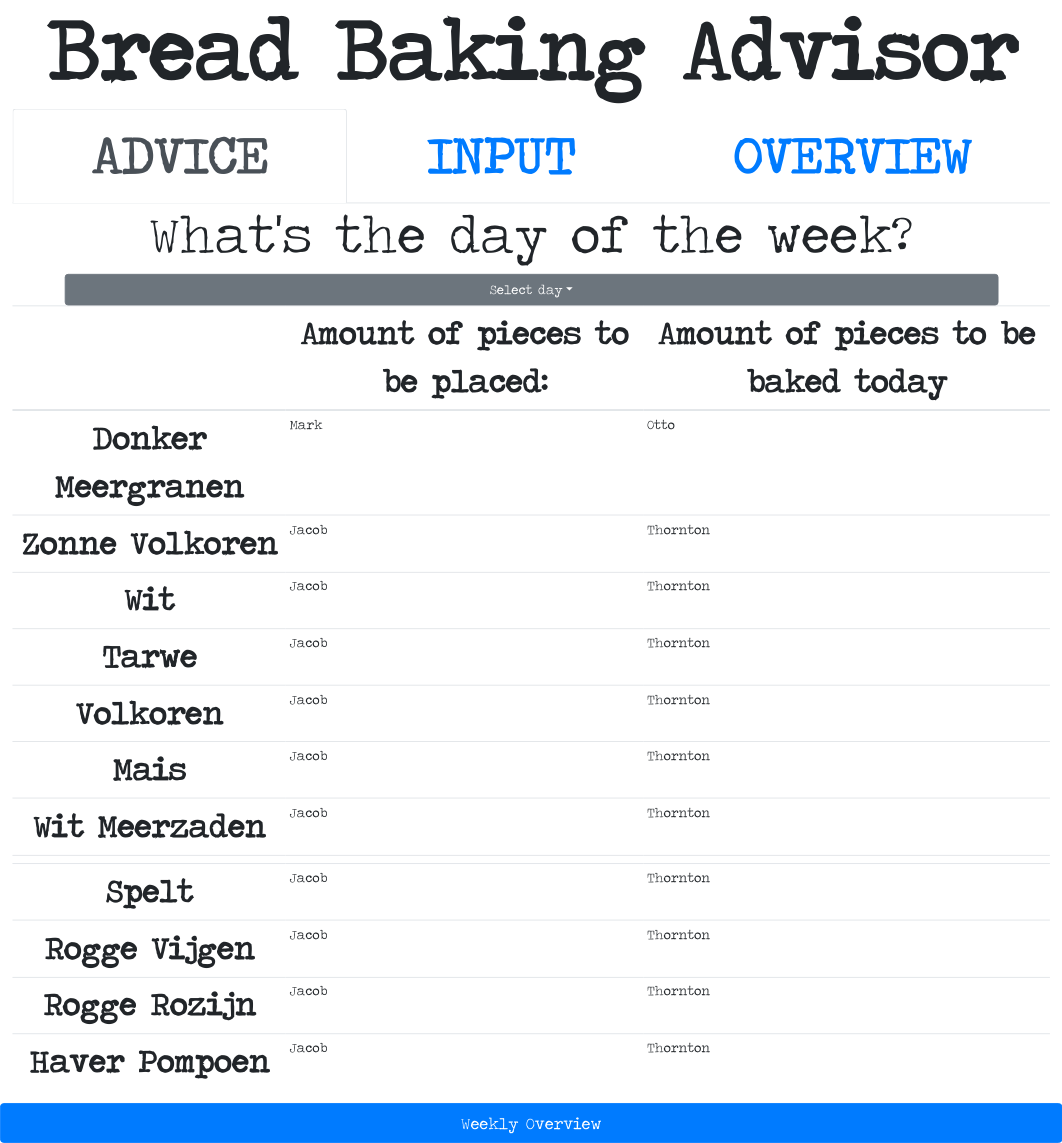
Repository: MarthGimenzo/bread-baking-advisor
Page: index.html
The author's editor kept a record of every edit. The page is drawn from the files as they stood at one moment, then again after the next edit.
The browser window is 1280 px wide. The pictures show the whole page, at 83% of full size.

Above is the page before.

### index.html
<!doctype html>
<html lang="en">

<head>
    <!-- Required meta tags -->
    <meta charset="utf-8">
    <meta name="viewport" content="width=device-width, initial-scale=1, shrink-to-fit=no">

    <!-- Bootstrap CSS -->
    <link rel="stylesheet" href="https://stackpath.bootstrapcdn.com/bootstrap/4.3.1/css/bootstrap.min.css" integrity="sha384-ggOyR0iXCbMQv3Xipma34MD+dH/1fQ784/j6cY/iJTQUOhcWr7x9JvoRxT2MZw1T" crossorigin="anonymous">
    <link rel="stylesheet" href="" type="text/css" />
    <link rel="stylesheet" href="assets/css/stylesheet.css" type="text/css" charset="utf-8" />
    <title>Bread Baking Advisor</title>
</head>

<body>

    <h1>Bread Baking Advisor</h1>
    <div class="container-fluid">
        <ul class="nav nav-tabs nav-fill">
            <li class="nav-item">
                <a class="nav-link active" href="#">ADVICE</a>
            </li>
            <li class="nav-item">
                <a class="nav-link" href="#">INPUT</a>
            </li>
            <li class="nav-item">
                <a class="nav-link" href="#">OVERVIEW</a>
            </li>
        </ul>
    </div>
    <h2>What's the day of the week?</h2>
    <div class="container-fluid">
        <div class="dropdown">
            <button class="btn btn-secondary dropdown-toggle" type="button" id="dropdownMenuButton" data-toggle="dropdown" aria-haspopup="true" aria-expanded="false">Select day</button>
            <div class="dropdown-menu" aria-labelledby="dropdownMenuButton">
                <a class="dropdown-item" href="#">Tuesday</a>
                <a class="dropdown-item" href="#">Wednesday</a>
                <a class="dropdown-item" href="#">Thursday</a>
                <a class="dropdown-item" href="#">Friday</a>
                <a class="dropdown-item" href="#">Saturday</a>
                <a class="dropdown-item" href="#">Sunday</a>
            </div>
        </div>
    </div>
    <div class="container-fluid">
        <table class="table table-sm">
            <thead>
                <tr>
                    <th scope="col"></th>
                    <th scope="col">Amount of pieces to be placed:</th>
                    <th scope="col">Amount of pieces to be baked today</th>

                </tr>
            </thead>
            <tbody>
                <tr>
                    <th scope="row">Donker Meergranen</th>
                    <td>Mark</td>
                    <td>Otto</td>
                </tr>
                <tr>
                    <th scope="row">Zonne Volkoren</th>
                    <td>Jacob</td>
                    <td>Thornton</td>
                </tr>
                <tr>
                    <th scope="row">Wit</th>
                    <td>Jacob</td>
                    <td>Thornton</td>
                </tr>
                <tr>
                    <th scope="row">Tarwe</th>
                    <td>Jacob</td>
                    <td>Thornton</td>
                </tr>
                <tr>
                    <th scope="row">Volkoren</th>
                    <td>Jacob</td>
                    <td>Thornton</td>
                </tr>
                <tr>
                    <th scope="row">Mais</th>
                    <td>Jacob</td>
                    <td>Thornton</td>
                </tr>
                <tr>
                    <th scope="row">Wit Meerzaden</th>
                    <td>Jacob</td>
                    <td>Thornton</td>
                </tr>
                <tr>
                    <th scope="row"></th>
                    <td></td>
                    <td></td>
                </tr>
                <tr>
                    <th scope="row">Spelt</th>
                    <td>Jacob</td>
                    <td>Thornton</td>
                </tr>
                <tr>
                    <th scope="row">Rogge Vijgen</th>
                    <td>Jacob</td>
                    <td>Thornton</td>
                </tr>
                <tr>
                    <th scope="row">Rogge Rozijn</th>
                    <td>Jacob</td>
                    <td>Thornton</td>
                </tr>
                <tr>
                    <th scope="row">Haver Pompoen</th>
                    <td>Jacob</td>
                    <td>Thornton</td>
                </tr>
            </tbody>
        </table>
    </div>
<footer>
    <button type="button" class="btn btn-primary btn-lg btn-block">Weekly Overview</button>
</footer>



    <!-- Optional JavaScript -->
    <!-- jQuery first, then Popper.js, then Bootstrap JS -->
    <script src="https://code.jquery.com/jquery-3.3.1.slim.min.js" integrity="sha384-q8i/X+965DzO0rT7abK41JStQIAqVgRVzpbzo5smXKp4YfRvH+8abtTE1Pi6jizo" crossorigin="anonymous"></script>
    <script src="https://cdnjs.cloudflare.com/ajax/libs/popper.js/1.14.7/umd/popper.min.js" integrity="sha384-UO2eT0CpHqdSJQ6hJty5KVphtPhzWj9WO1clHTMGa3JDZwrnQq4sF86dIHNDz0W1" crossorigin="anonymous"></script>
    <script src="https://stackpath.bootstrapcdn.com/bootstrap/4.3.1/js/bootstrap.min.js" integrity="sha384-JjSmVgyd0p3pXB1rRibZUAYoIIy6OrQ6VrjIEaFf/nJGzIxFDsf4x0xIM+B07jRM" crossorigin="anonymous"></script>
</body>

</html>

### assets/css/stylesheet.css
/*! Generated by Font Squirrel (https://www.fontsquirrel.com) on October 22, 2019 */

@font-face {
    font-family: 'traveling__typewriterregular';
    src: url('fonts/travelingtypewriter-webfont.woff2') format('woff2'),
         url('fonts/travelingtypewriter-webfont.woff') format('woff');
    font-weight: normal;
    font-style: normal;

}

h1 {
  font-size: 8vw;
  text-align: center;
  font-weight: bold;
}

h2 {
  font-size: 5vw;
  text-align: center;
}

th {
  font-size: 3vw;
  text-align: center;
}

.nav-link {
  font-size: 5vw;
  text-align: center;
  font-weight: bold;
}

.dropdown {
  font-size: 1vw;
  text-align: center;
  font-weight: bold;

}

button {
  width: 90%;

}

body {
    font-family: 'traveling__typewriterregular', Arial, sans-serif;

}

After the next edit:
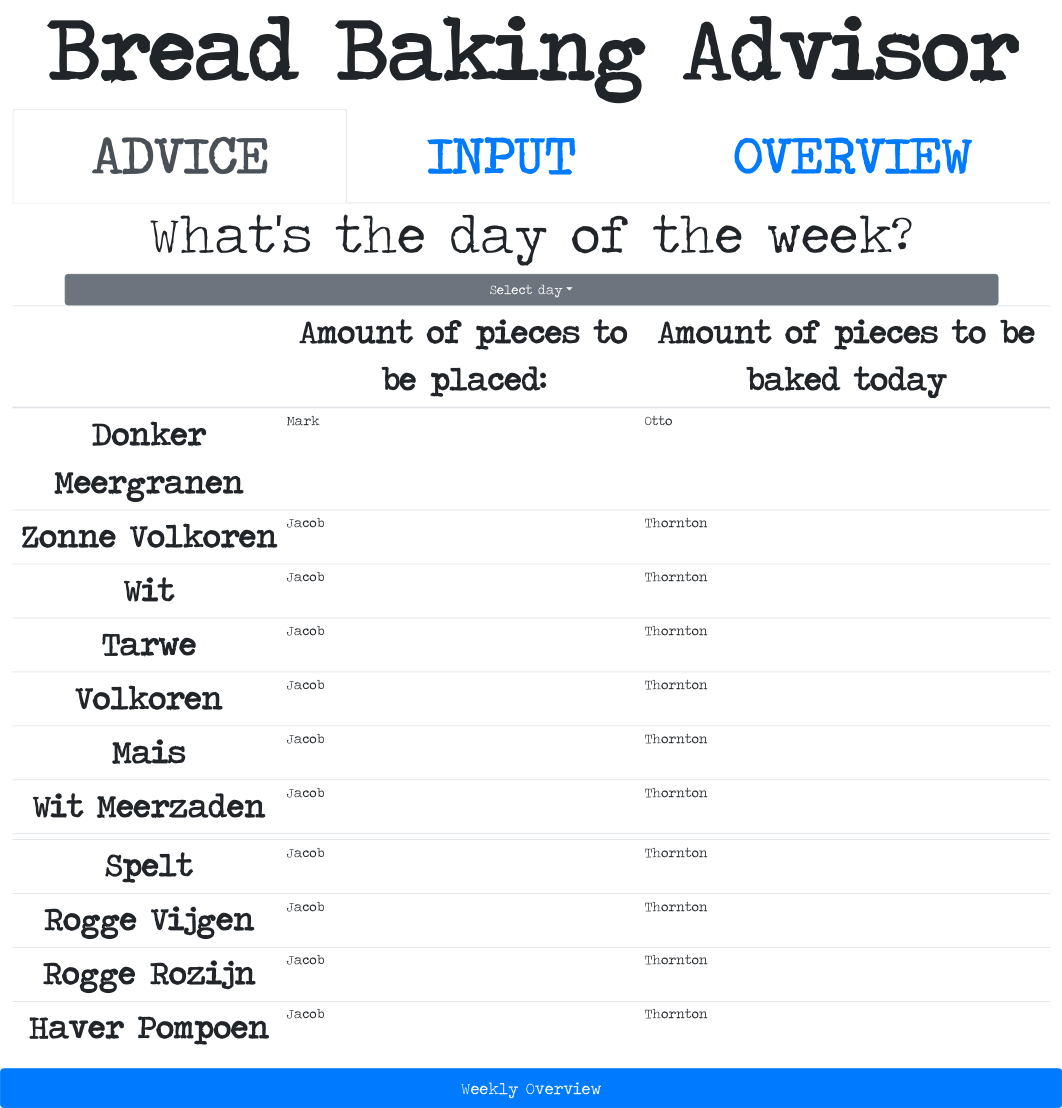
The edit:
--- a/assets/css/stylesheet.css
+++ b/assets/css/stylesheet.css
@@ -38,6 +38,10 @@
 
 }
 
+.table-sm td, .table-sm th {
+    padding: .2rem;
+}
+
 button {
   width: 90%;
 
